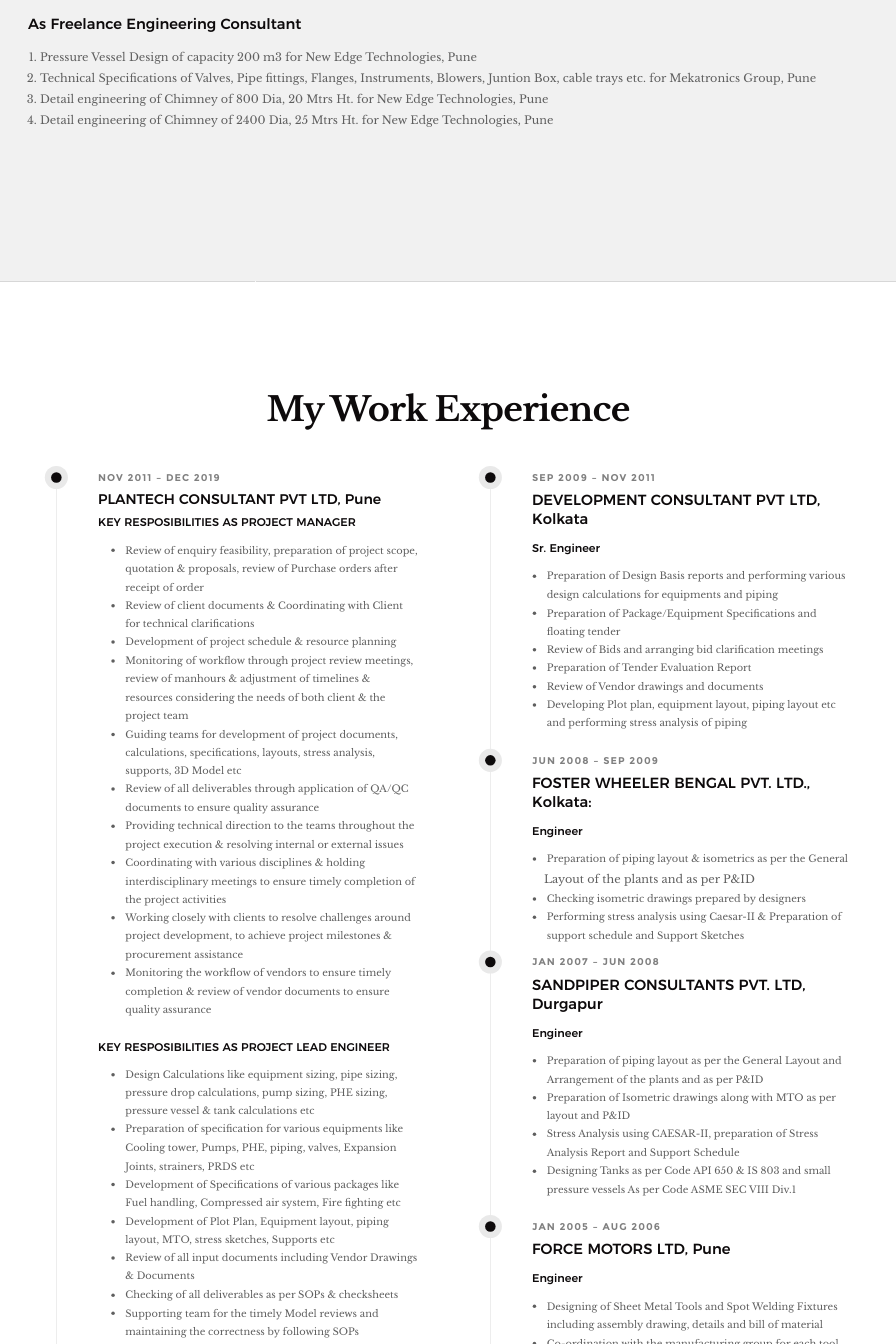
Repository: sumana1001/myprofile
Page: index.html
An editor plug-in stored every save of this project. The page is shown before and after the next save, followed by the edit.
The browser window is 1280 px wide. The pictures show the part of the page from y = 2664 to 4584 px (the page is 6253 px tall before and 6478 px after), at 70% of full size.

Above is the page before, as saved 2020-05-07 10:18:04.

After the next save:
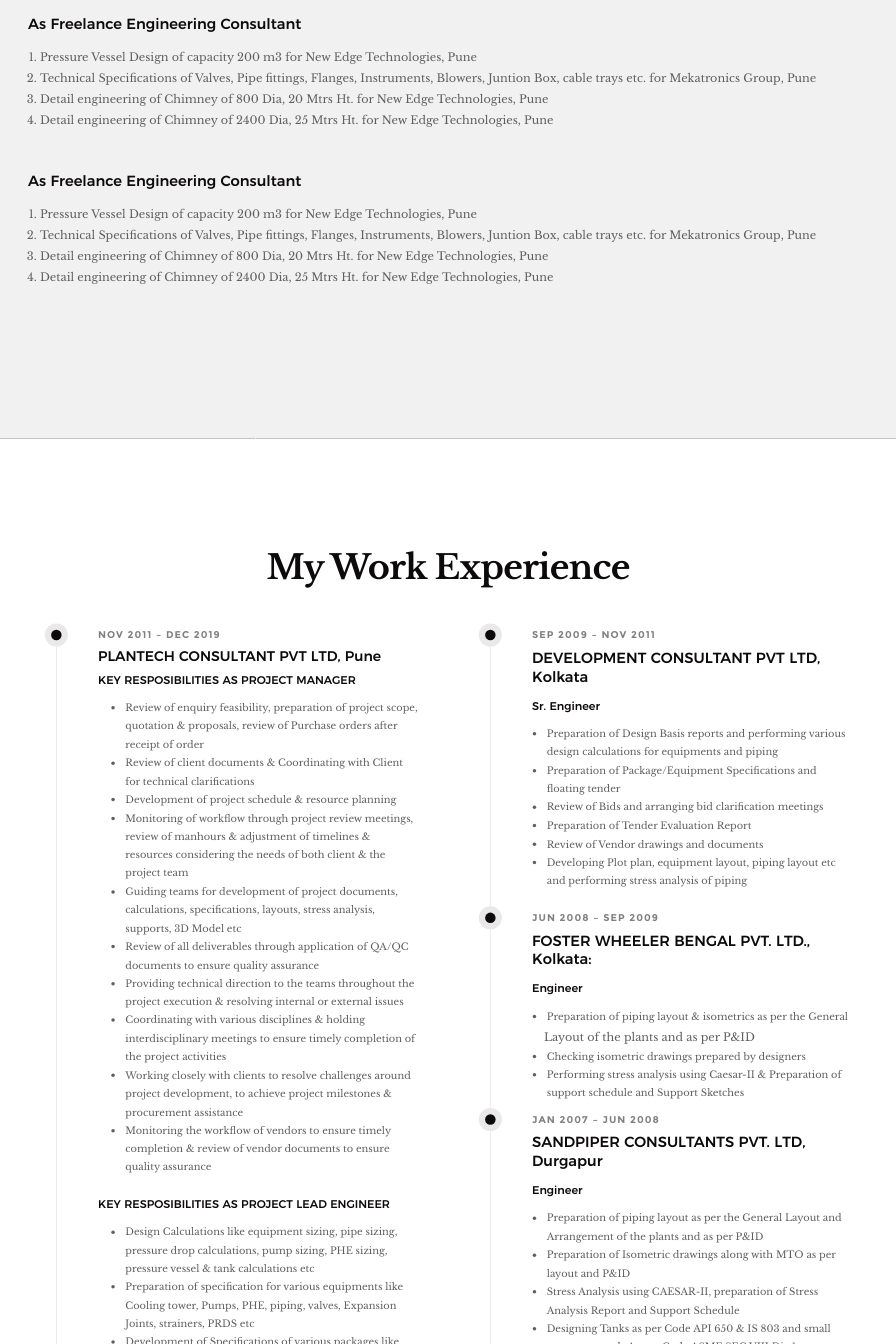
Saved 5 s later.
--- a/index.html
+++ b/index.html
@@ -222,6 +222,15 @@
         </div>
 
         <div class="row about-content about-content--timeline">
+            <h4>As Freelance Engineering Consultant</h4>
+            <ol>
+                <li>Pressure Vessel Design of capacity 200 m3 for New Edge Technologies, Pune</li>
+                <li>Technical Specifications of Valves, Pipe fittings, Flanges, Instruments, Blowers, Juntion Box, cable
+                    trays etc. for Mekatronics Group, Pune</li>
+                <li>Detail engineering of Chimney of 800 Dia, 20 Mtrs Ht. for New Edge Technologies, Pune</li>
+                <li>Detail engineering of Chimney of 2400 Dia, 25 Mtrs Ht. for New Edge Technologies, Pune</li>
+            </ol>
+
             <h4>As Freelance Engineering Consultant</h4>
             <ol>
                 <li>Pressure Vessel Design of capacity 200 m3 for New Edge Technologies, Pune</li>
